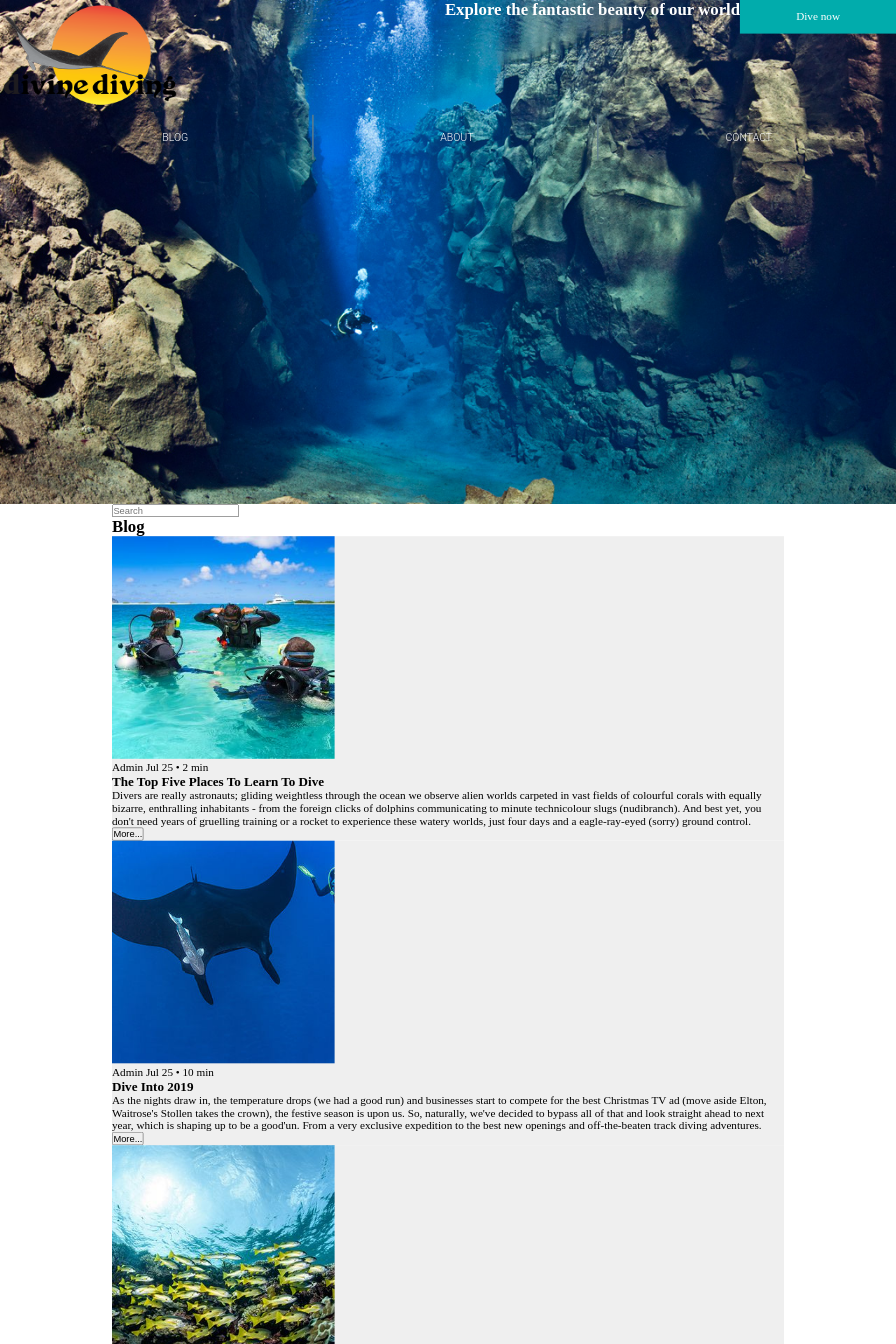
Repository: M1shkaBear/FLX
Page: FLX_homework_3/homework/index.html
These files come from the project's save history. The page is drawn as it stood at one moment and after the next save; the edit follows.
The browser window is 1280 px wide. The pictures show the part of the page from y = 0 to 1920 px (the page is 3829 px tall), at 70% of full size.
The style sheet was rebuilt from its Sass, Less or Tailwind sources for each picture, by a compiler version that may differ from the author's.

Above is the page before, as saved 2019-01-26 00:21:44.

After the next save:
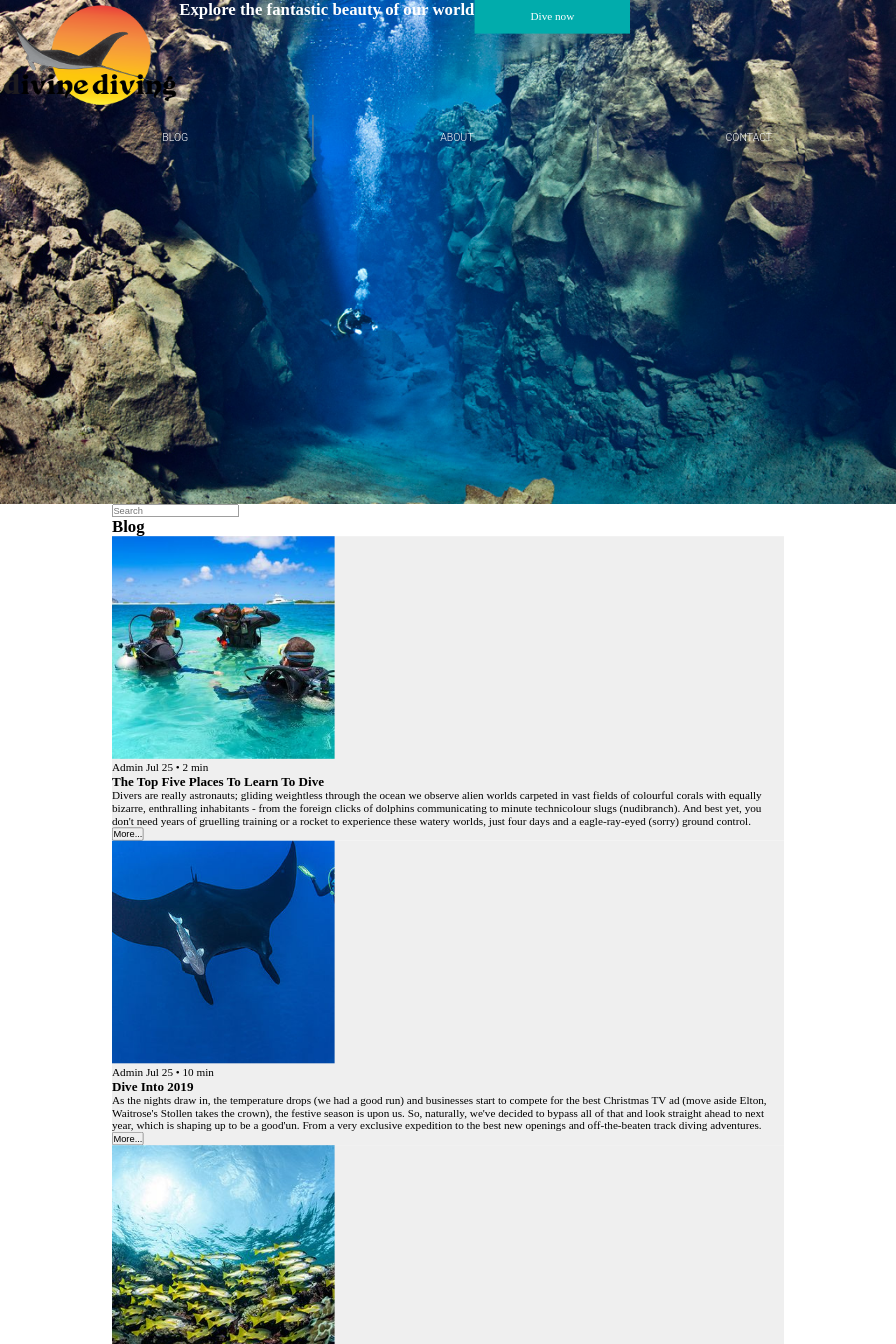
Saved 13 s later.
--- a/FLX_homework_3/homework/scss/_main.scss
+++ b/FLX_homework_3/homework/scss/_main.scss
@@ -35,7 +35,6 @@ header {
     color: $aColor;
     display: inline-block;
     display: flex;
-    justify-content: flex-end;
   }
   .logo {
     float: left;
